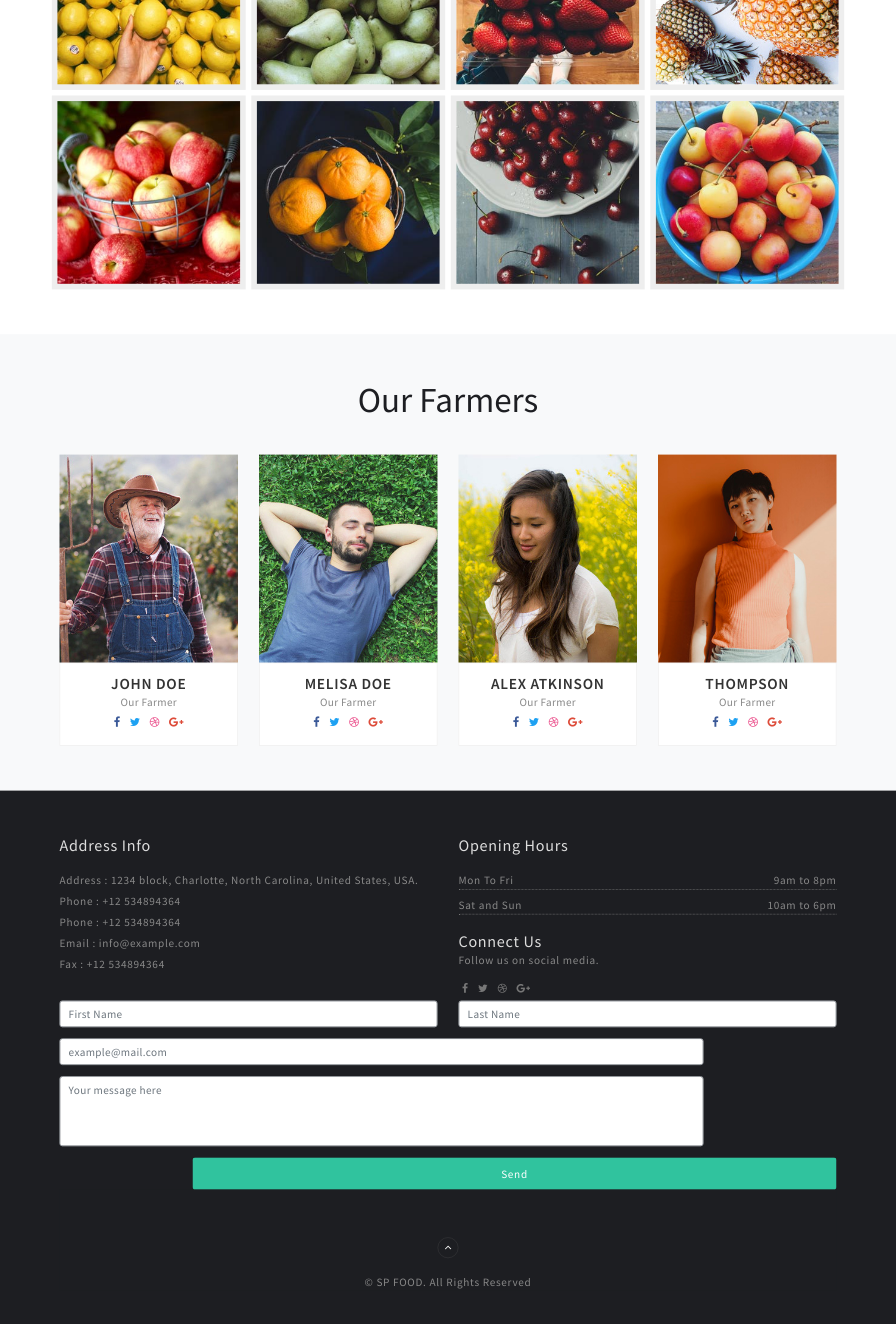
Repository: httpamit/SP-Food
Page: index.html
The author's editor kept a copy of each file at every save. The page is drawn from the files as they stood at one save, then again after the next save.
The browser window is 1280 px wide. The pictures show the part of the page from y = 3128 to 5048 px (the page is 5020 px tall before and 5048 px after), at 70% of full size.
Backgrounds fixed to the window are drawn as part of the page.

Above is the page before, as saved 2019-02-07 23:24:22.

After the next save:
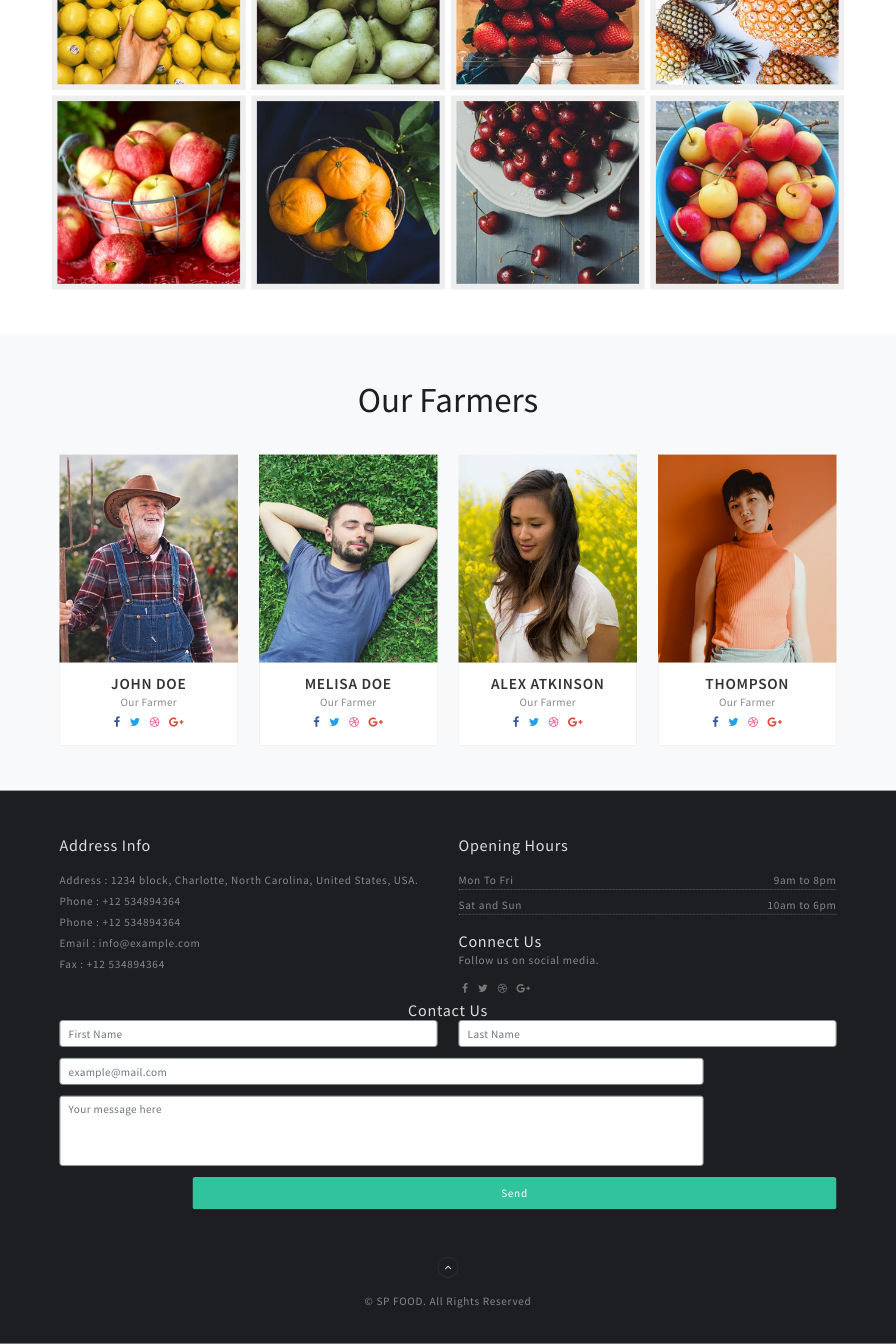
Saved 26 s later.
--- a/index.html
+++ b/index.html
@@ -464,6 +464,7 @@
 	</div>
 	<div class="row">
 		<div class="col-lg-12">
+			<h3 class="text-center"> Contact Us</h3>
 			<form action="#" method="get" class="register-wthree">
 				<div class="form-group">
 					<div class="row">
